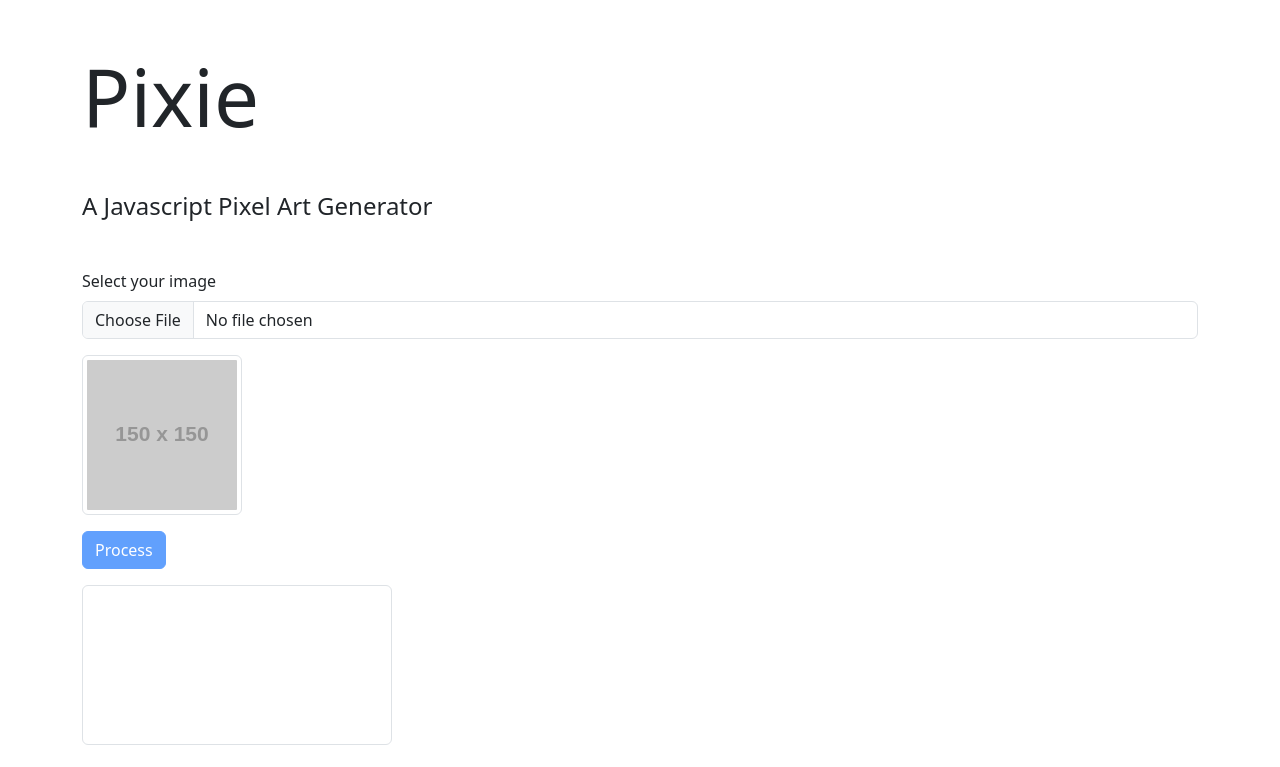
Repository: BigEmperor26/Pixie
Page: index.html
These files come from the project's save history. The page is drawn as it stood at one moment and after the next save; the edit follows.
The browser window is 1280 px wide. The pictures show the whole page.

Above is the page before, as saved 2023-12-08 15:32:28.
Console error: ReferenceError: onOpenCvReady is not defined

### index.html
<!doctype html>
<html lang="en">
  <head>
    <meta charset="utf-8">
    <meta name="viewport" content="width=device-width, initial-scale=1">
    <title>Pixie</title>
    <link href="https://cdn.jsdelivr.net/npm/bootstrap@5.3.2/dist/css/bootstrap.min.css" rel="stylesheet" integrity="sha384-T3c6CoIi6uLrA9TneNEoa7RxnatzjcDSCmG1MXxSR1GAsXEV/Dwwykc2MPK8M2HN" crossorigin="anonymous">

  </head>
  <body>
    <div class="container">
    <p class="h1 my-5 display-1">Pixie</p>
    <p class="h4 my-5 disabled">A Javascript Pixel Art Generator</p>
    <div class="my-3">
        <label for="formFile" class="form-label">Select your image</label>
        <input class="form-control" type="file" id="fileInput" onchange="console.log('changed')">
    </div>
    <div class="my-3">
        <img src="https://via.placeholder.com/150" class="img-thumbnail" alt="..." onclick="" id="imageSrc">
    </div>
    <button type="button" class="btn btn-primary disabled" id="processButton">Process</button>
  <!-- Content here -->
    <div class="my-3">
        <!-- <img src="https://via.placeholder.com/150" class="img-thumbnail" alt="..." onclick="" id="imageOut"> -->
        <canvas id="canvasOutput" class="img-thumbnail" src="https://via.placeholder.com/150" ></canvas>
    </div>
    </div>
    <script src="https://cdn.jsdelivr.net/npm/bootstrap@5.3.2/dist/js/bootstrap.bundle.min.js" integrity="sha384-C6RzsynM9kWDrMNeT87bh95OGNyZPhcTNXj1NW7RuBCsyN/o0jlpcV8Qyq46cDfL" crossorigin="anonymous"></script>
    <script type="text/javascript">

        let imgElement = document.getElementById("imageSrc")
        let inputElement = document.getElementById("fileInput");
        inputElement.addEventListener("change", (e) => {
            let butn = document.getElementById("processButton")
            butn.classList.remove("disabled")
          imgElement.src = URL.createObjectURL(e.target.files[0]);
        }, false);
        imgElement.onload = function () {
            let mat = cv.imread(imgElement);
            cv.imshow('canvasOutput', mat);
            mat.delete();
          };
    </script>
    <script async src="opencv.js" onload="onOpenCvReady();" type="text/javascript"></script>
  </body>
</html>

Loaded but not shown: opencv.js (no stored copy; drawn as an empty file)

After the next save:
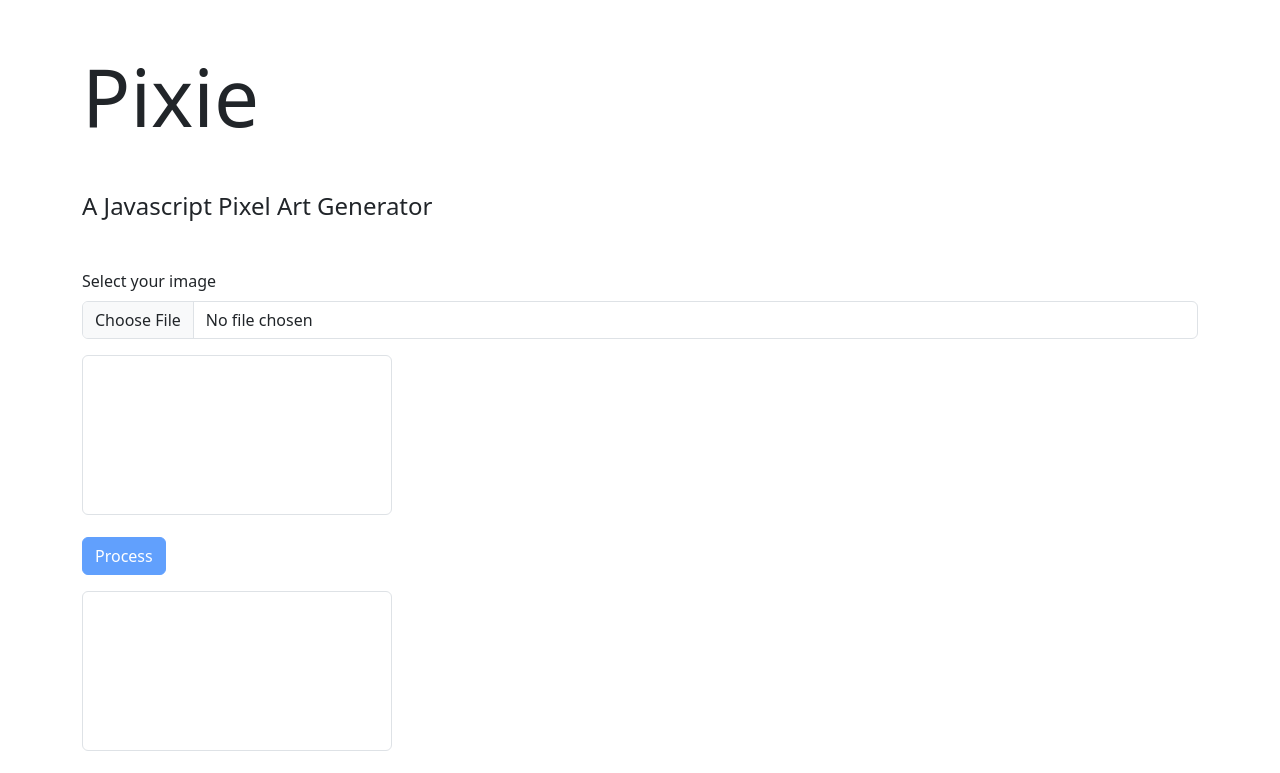
Console error: TypeError: Cannot set properties of null (setting 'onload')
Saved 14 min 54 s later.
--- a/index.html
+++ b/index.html
@@ -16,7 +16,7 @@
         <input class="form-control" type="file" id="fileInput" onchange="console.log('changed')">
     </div>
     <div class="my-3">
-        <img src="https://via.placeholder.com/150" class="img-thumbnail" alt="..." onclick="" id="imageSrc">
+        <canvas id="imgSrc" class="img-thumbnail" src="https://via.placeholder.com/150" ></canvas>
     </div>
     <button type="button" class="btn btn-primary disabled" id="processButton">Process</button>
   <!-- Content here -->

After the 2 saves that followed:
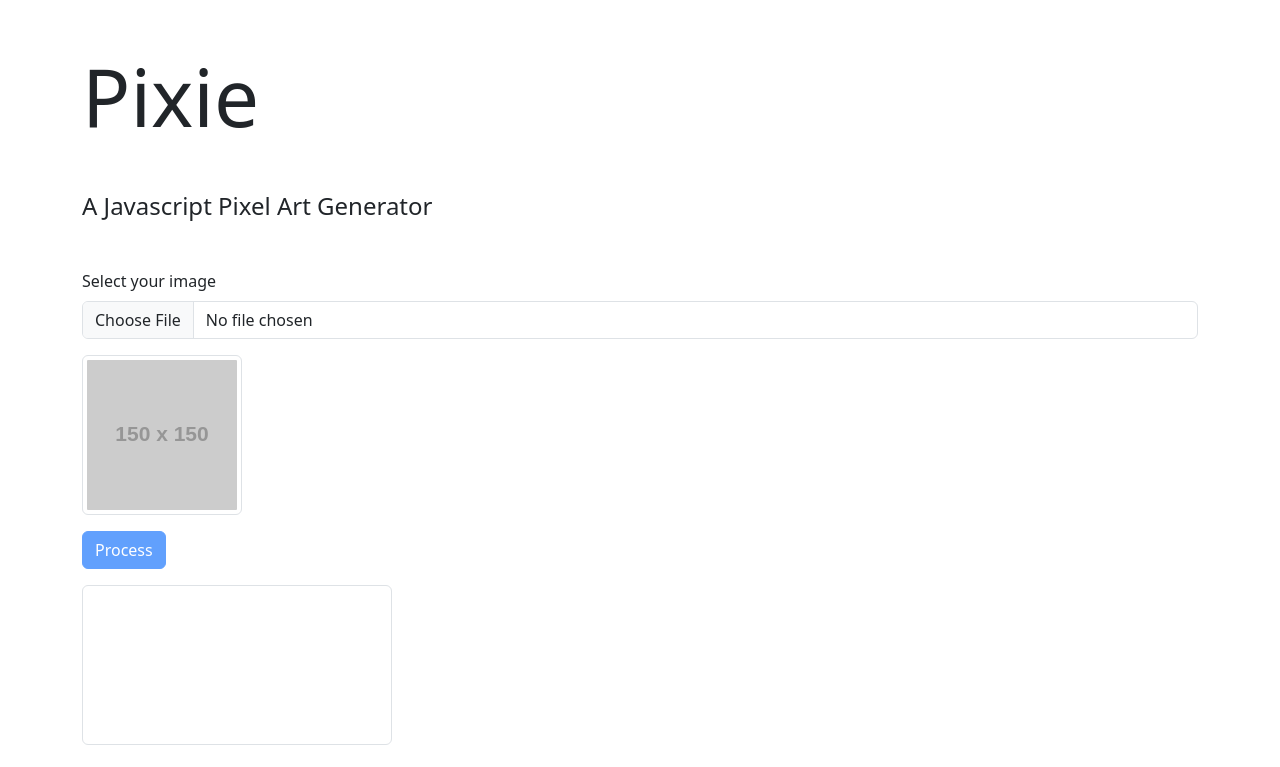
Console error: ReferenceError: onOpenCvReady is not defined
The 2 saves are shown as one change because 1 left the picture as it was.
The last was saved 2 min 28 s later.
--- a/index.html
+++ b/index.html
@@ -16,7 +16,7 @@
         <input class="form-control" type="file" id="fileInput" onchange="console.log('changed')">
     </div>
     <div class="my-3">
-        <canvas id="imgSrc" class="img-thumbnail" src="https://via.placeholder.com/150" ></canvas>
+        <img src="https://via.placeholder.com/150" class="img-thumbnail" alt="..." onclick="" id="imageSrc">
     </div>
     <button type="button" class="btn btn-primary disabled" id="processButton">Process</button>
   <!-- Content here -->
